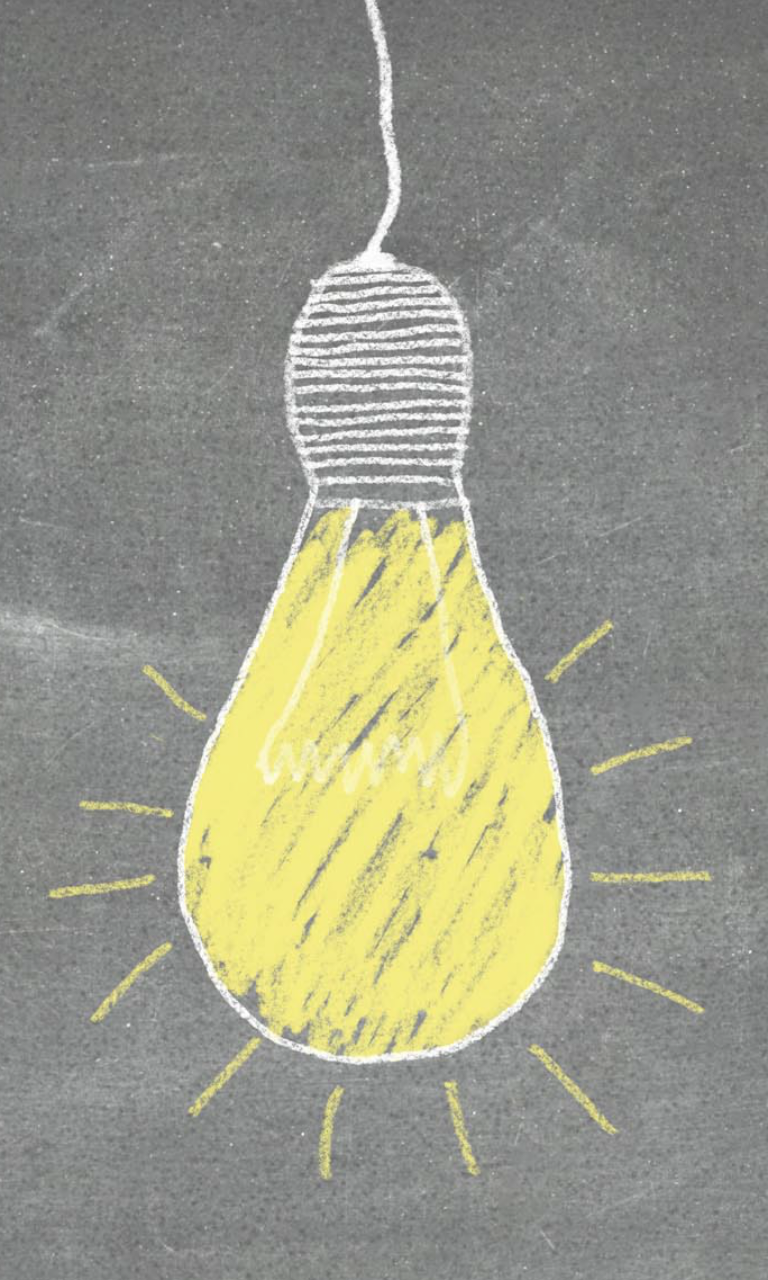
Repository: arp122/Gravitas-2014-Attendace
Layout: OrganisationGravitas/myworkspace/MusicTrivia/res/layout/activity_main.xml
These files come from the project's save history. The layout is drawn as it stood at one moment and after the next save; the edit follows.
It is drawn on a 768 x 1280 px phone screen (xhdpi) without system bars, with theme AppTheme; the app's code is not run.

Above is the layout before, as saved 2014-09-20 16:39:54.

### OrganisationGravitas/myworkspace/MusicTrivia/res/layout/activity_main.xml
<RelativeLayout xmlns:android="http://schemas.android.com/apk/res/android"
    xmlns:tools="http://schemas.android.com/tools"
    android:layout_width="match_parent"
    android:layout_height="match_parent"
    android:paddingBottom="@dimen/activity_vertical_margin"
    android:paddingLeft="@dimen/activity_horizontal_margin"
    android:paddingRight="@dimen/activity_horizontal_margin"
    android:paddingTop="@dimen/activity_vertical_margin"
    android:background="@drawable/background_gravitas"
    tools:context=".MainActivity" >



</RelativeLayout>

Loaded but not shown: OrganisationGravitas/myworkspace/MusicTrivia/res/values/styles.xml (common file); OrganisationGravitas/myworkspace/MusicTrivia/res/values-v11/styles.xml (common file); OrganisationGravitas/myworkspace/MusicTrivia/res/values-v14/styles.xml (common file); OrganisationGravitas/myworkspace/MusicTrivia/res/values/dimens.xml (common file)

After the next save:
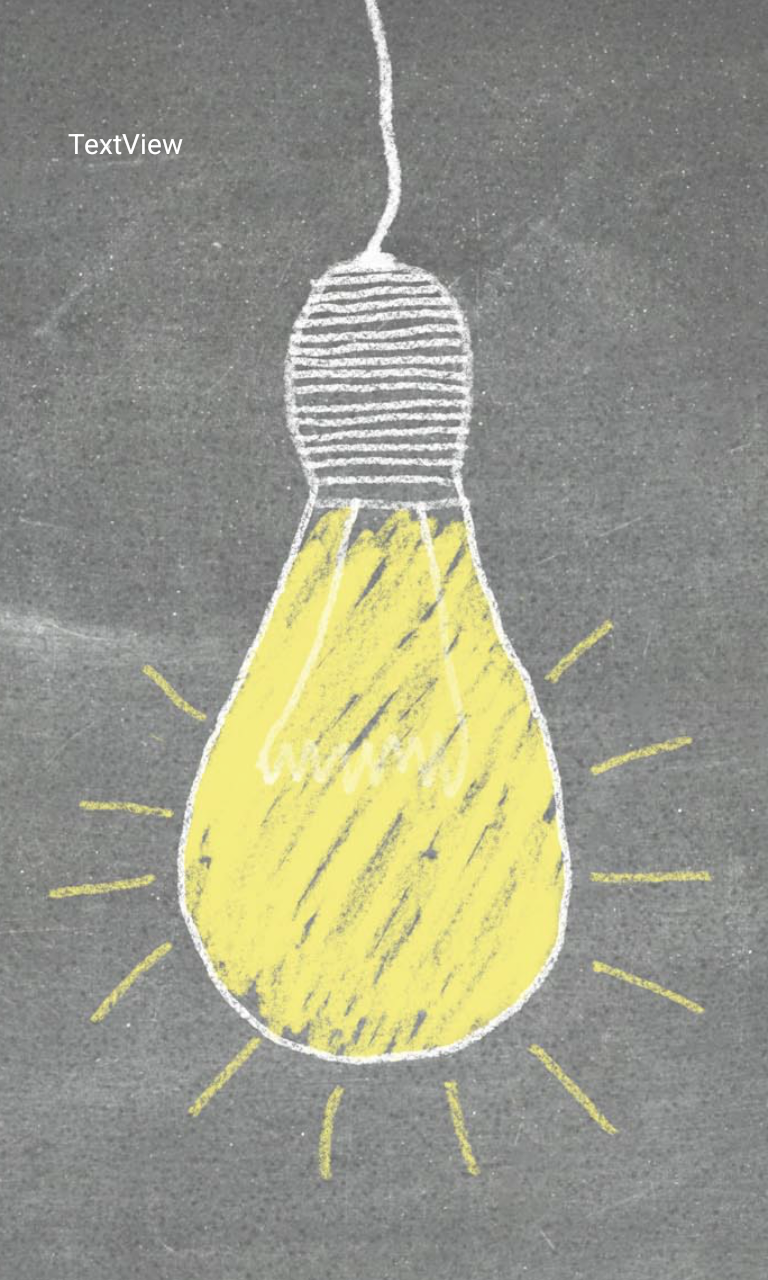
Saved 97 s later.
--- a/OrganisationGravitas/myworkspace/MusicTrivia/res/layout/activity_main.xml
+++ b/OrganisationGravitas/myworkspace/MusicTrivia/res/layout/activity_main.xml
@@ -9,6 +9,15 @@
     android:background="@drawable/background_gravitas"
     tools:context=".MainActivity" >
 
-
+    <TextView
+        android:id="@+id/textView1"
+        android:layout_width="wrap_content"
+        android:layout_height="wrap_content"
+        android:layout_alignParentLeft="true"
+        android:layout_alignParentTop="true"
+        android:layout_marginLeft="18dp"
+        android:layout_marginTop="46dp"
+        android:textColor="#ffffff"
+        android:text="TextView" />
 
 </RelativeLayout>
